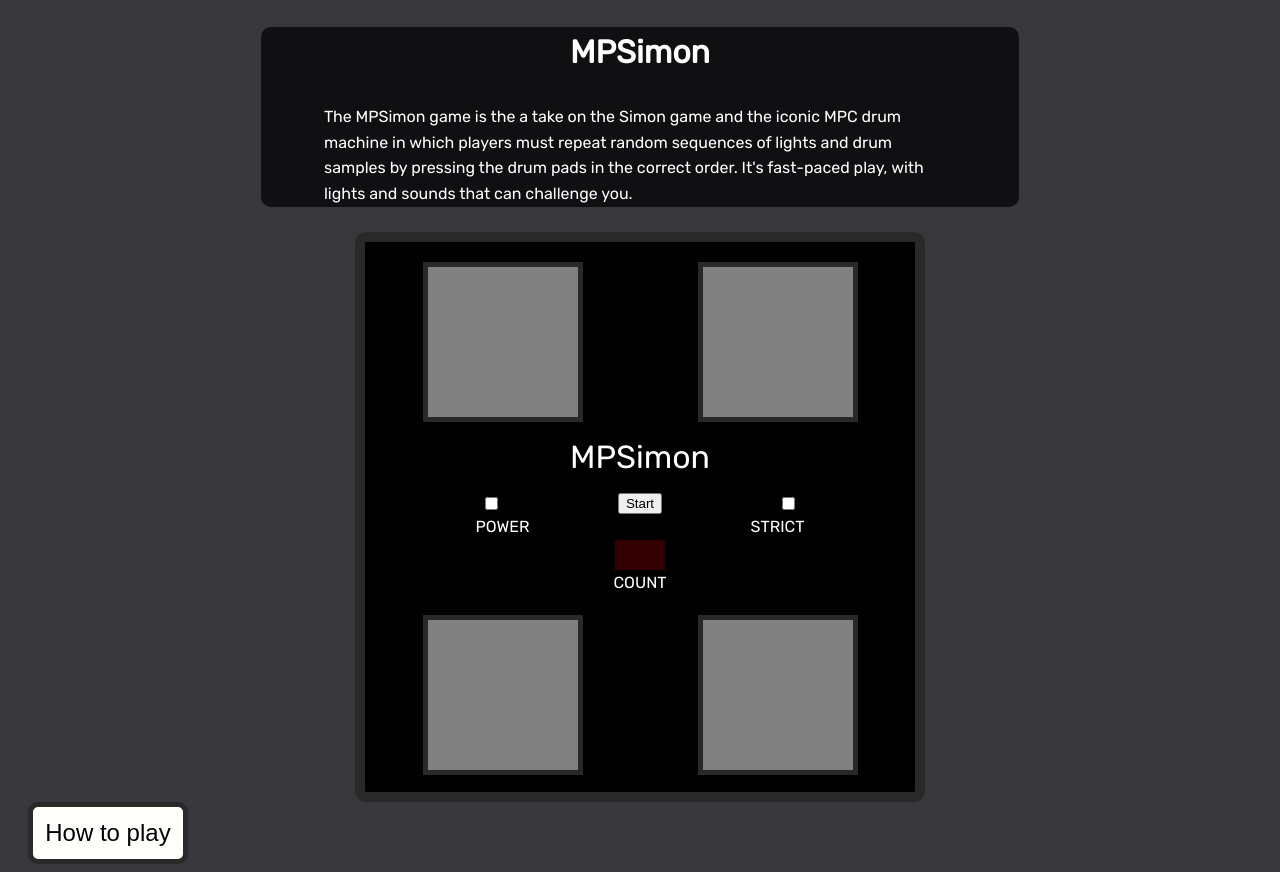
Repository: Neilfoster/MPSimon
Page: index.html
The author's editor kept a record of every edit. The page is drawn from the files as they stood at one moment, then again after the next edit.
The browser window is 1280 px wide. The pictures show the whole page.

Above is the page before.

### index.html
<!DOCTYPE html>

<html>

<head>
    <meta charset="UTF-8">
    <meta http-equiv="X-UA-Compatible" content="IE=edge,chrome=1">
    <meta name="viewport" content="width=device-width,initial-scale=1">
    <link href="https://fonts.googleapis.com/css?family=Rubik&display=swap" rel="stylesheet">
    <title>MPSimon</title>
    <link rel="stylesheet" href="css/style.css">
    <audio id="clip1">
      <source src="audio/hat.mp3"></source>
    </audio>
    <audio id="clip2">
      <source src="audio/kick.mp3"></source>
    </audio>
    <audio id="clip3">
      <source src="audio/snare1.mp3"></source>
    </audio>
    <audio id="clip4">
      <source src="audio/snare2.mp3"></source>
    </audio>
</head>

<body>
    <div class="header">
        <h2 class="head-title">MPSimon</h2>
        <p>The MPSimon game is the a take on the Simon game and the iconic MPC drum machine in which players must repeat random sequences of lights and drum samples by pressing the drum pads in the correct order. It's fast-paced play, with lights and sounds
            that can challenge you.</p>
    </div>
    <div id="outer-box">
        <div id="top-row">
            <div id="top-left"></div>
            <div id="top-right"></div>
        </div>
        <div id="inner-box">
            <div id="title" class="text-effect">MPSimon</div>
            <div id="switches">
                <input type="checkbox" class="toggle" id="on">
                <button type="button" id="start">Start</button>
                <input type="checkbox" class="toggle" id="strict">
            </div>
            <div class="text1">
                <span>POWER</span>
                <span>STRICT</span>
            </div>
            <div id="turn"></div>
            <div class="text2">
                COUNT
            </div>
        </div>
        <div id="bottom-row">
            <div id="bottom-left"></div>
            <div id="bottom-right"></div>
        </div>
    </div>

    <div class="rules">
        <button id="modalBtn" class="button">How to play</button>
        <div id="ruleModal" class="modal">
            <div class="modal-content">
                <div class="modal-header">
                    <span class="closeBtn">&times;</span>
                    <h2>How To Play</h2>
                </div>
                <div class="modal-body">
                    <ul>
                        <li>Turn the game on by selecting the power button and then pressing start.</li>
                        <li>MPSimon will give the first signal.</li>
                        <li>Repeat the signal by pressing the same pad.</li>
                        <li>MPSIMON will duplicate the first sound and will add one.</li>
                        <li>Repeat these two sounds by pressing the same pads.</li>
                        <li>MPSIMON will duplicate these first two sounds and add one.</li>
                        <li>Continue in this manner as long as you can repeat each sequence of sound correctly.</li>
                        <li>If you cannot repeat the sequence correctly , MPSIMON will repeat the sequence again until you can.</li>
                        <li>Selecting STRICT mode resets the pattern to the beginning if you get the sequence wrong.</li>
                        <li>To win the game repeat the sequence until it reaches 20 consecutive sounds.</li>
                    </ul>
                </div>
            </div>
        </div>
    </div>
    <script src="js/index.js"></script>
</body>

</html>

### css/style.css
body {
  color:white;
  font-family: 'Rubik', sans-serif;
  line-height: 1.6;
  /*background-image: url("../images/image-2.jpg");*/
  background-color:#37373c;
  background-position: center;
  background-repeat: no-repeat;
  background-size: cover;
}
.header{
  margin:2% 20%;
  padding: 0 5% ;
  border-radius: 10px;
  background: rgba(0,0,0,0.7);
}
.head-title{
  text-align:center;
  font-size:2rem;
  font-family: 'Rubik', sans-serif;
}
#outer-box {
  border: 10px solid #292929 ;
  border-radius: 2%;
  height:550px;
  width:550px;
  margin: auto;
  background-color: black
}
#top-row{
  display: flex;
  flex-direction: row;
  justify-content: space-around;
  margin-top:20px;
}
#bottom-row{
  display: flex;
  flex-direction: row;
  justify-content: space-around;
  margin-top:20px;
}
#inner-box{
  display: flex;
  flex-direction: column;
  justify-content: center;
}
#switches{
  display: flex;
  flex-direction: row;
  justify-content: center;
  }
#top-left {
  border:5px solid #292929;
  height:150px;
  width: 150px;
  background-color: grey;
}
#top-right {
  border: 5px solid #292929;
  height:150px;
  width: 150px;
  background-color: grey;
}
#bottom-left {
  border:5px solid #292929;
  height:150px;
  width: 150px;
  background-color: grey;
}
#bottom-right {
  border: 5px solid #292929;
  height:150px;
  width: 150px;
  background-color: grey;
}
#title {
  display: flex;
  flex-direction: row;
  justify-content: center;
  font-size: 2rem;
  padding: 10px 5px;
}
#turn {
  background: #330000;
  color: red;
  font-family: courier;
  font-size: 20px;
  height: 30px;
  width: 50px;
  text-align: center;
  vertical-align: middle;
  line-height: 30px;
  margin: auto;
}
.toggle {
  margin: auto;
}
.text1 {
  margin: 0;
  display: flex;
  flex-direction: row;
  justify-content: space-around;
  align-items: baseline;
}
.text2 {
  margin: auto;
}
.rules {
  padding: 0px 20px;
}

/*Button*/
.button {
  background-color:#fffffc;
 /* margin: 5% 40%;*/
  font-size: 1.5rem;
  padding:1%;
  color: #000;
  border-radius:10px;
  display: block;
  text-align: center;
  border:5px solid #292929;
  }
.button:hover{
  background:#333;
}

/*modal*/
.modal{
  display: none;
  position: fixed;
  z-index: 1;
  left:0;top:0;
  height: 100%;
  width:100%;
  overflow: auto;
  background-color: rgba(0,0,0,0.7);
}
.modal-content{
  background-color: #f4f4f4;
  margin: 20% auto;
  color:black;
  width:60%;
  box-shadow: 0 5px 8px 0 rgba(0,0,0,0.2),
              0 7px 20px 0 rgba(0,0,0,0.2);
  animation-name: modalopen;
  animation-duration: 1s;
}
.modal-header{
  background:grey;
  padding:15px;
  color:#fff;
  text-align: center;
}
.modal-body{
  padding: 10px 20px;
}
.closeBtn{
  color: #fff;
  float:right;
  font-size:30px;
}
.closeBtn:hover,.closeBtn:focus{
  color:#000;
  text-decoration:none;
  cursor:pointer;
}
.rules {
  font-family: 'Merriweather', serif;
  font-size:1.2rem;
  display: block;
}
@keyframes modalopen{
  from{ opacity: 0}
  to {opacity: 1}
}


@media only screen and (max-width: 768px) {
  #outer-box {
  border: 10px solid #292929 ;
  border-radius: 2%;
  height:800px;
  width:500px;
  margin: auto;
  background-color: black
}
#inner-box{
  padding:20% 0;
}
.header {
  display:none;
}
}

### js/index.js
//variables
let order = [] ;
let playerOrder = [] ;
let flash ;
let turn ;
let good ;
let compTurn ;
let intervalID ;
let strict = false ;
let noise = true ;
let on = false ;
let win ;

const turnCounter = document.getElementById("turn");
const topLeft = document.getElementById("top-left");
const topRight = document.getElementById("top-right");
const bottomLeft = document.getElementById("bottom-left");
const bottomRight = document.getElementById("bottom-right");
const strictButton = document.getElementById("strict");
const onButton = document.getElementById("on");
const startButton = document.getElementById("start")
// Strick mode setting
strictButton.addEventListener('click', (event) => {
  if (strictButton.checked == true) {
    strict = true;
  } else {
    strict = false;
  }
});
// Counter
onButton.addEventListener('click', (event) => {
  if (onButton.checked == true) {
    on = true;
    turnCounter.innerHTML = "-";
  } else {
    on = false;
    turnCounter.innerHTML = "";
    clearColor();
    clearInterval(intervalId);
  }
});
//Start Button
startButton.addEventListener('click', (event) => {
  if (on || win) {
    play();
  }
});
// Gameplay function
function play() {
  win = false;
  order = [];
  playerOrder = [];
  flash = 0;
  intervalId = 0;
  turn = 1;
  turnCounter.innerHTML = 1;
  good = true;
  for (var i = 0; i < 20; i++) {
    order.push(Math.floor(Math.random() * 4) + 1);
  }
  compTurn = true;
  intervalId = setInterval(gameTurn, 800);
}

function gameTurn() {
  on = false;

  if (flash == turn) {
    clearInterval(intervalId);
    compTurn = false;
    clearColor();
    on = true;
  }

  if (compTurn) {
    clearColor();
    setTimeout(() => {
      if (order[flash] == 1) one();
      if (order[flash] == 2) two();
      if (order[flash] == 3) three();
      if (order[flash] == 4) four();
      flash++;
    }, 200);
  }
}
//pads
function one (){
  if (noise) {
    let audio = document.getElementById('clip1');
    audio.play();
  }
  noise = true;
  topLeft.style.backgroundColor = "#63a785";
}

function two (){
  if (noise) {
    let audio = document.getElementById('clip2');
    audio.play();
  }
  noise = true;
  topRight.style.backgroundColor = "#a76b6b";
}

function three (){
  if (noise) {
    let audio = document.getElementById('clip3');
    audio.play();
  }
  noise = true;
  bottomLeft.style.backgroundColor = "#9da76b";
}

function four (){
  if (noise) {
    let audio = document.getElementById('clip4');
    audio.play();
  }
  noise = true;
  bottomRight.style.backgroundColor = "#6c6ba7";
}

 function clearColor() {
   topLeft.style.backgroundColor = "grey";
   topRight.style.backgroundColor = "grey";
   bottomRight.style.backgroundColor = "grey";
   bottomLeft.style.backgroundColor = "grey";
}
function flashColor() {
  topLeft.style.backgroundColor = "#63a785";
  topRight.style.backgroundColor = "#a76b6b";
  bottomRight.style.backgroundColor = "#9da76b";
  bottomLeft.style.backgroundColor = "#6c6ba7";
}

topLeft.addEventListener('click', (event) => {
  if (on) {
    playerOrder.push(1);
    check();
    one();
    if(!win) {
      setTimeout(() => {
        clearColor();
      }, 300);
    }
  }
})

topRight.addEventListener('click', (event) => {
  if (on) {
    playerOrder.push(2);
    check();
    two();
    if(!win) {
      setTimeout(() => {
        clearColor();
      }, 300);
    }
  }
})

bottomLeft.addEventListener('click', (event) => {
  if (on) {
    playerOrder.push(3);
    check();
    three();
    if(!win) {
      setTimeout(() => {
        clearColor();
      }, 300);
    }
  }
})

bottomRight.addEventListener('click', (event) => {
  if (on) {
    playerOrder.push(4);
    check();
    four();
    if(!win) {
      setTimeout(() => {
        clearColor();
      }, 300);
    }
  }
})

function check() {
  if (playerOrder[playerOrder.length - 1] !== order[playerOrder.length - 1])
    good = false;

  if (playerOrder.length ==20 && good) {
    winGame();
  }

  if (good == false) {
    flashColor();
    turnCounter.innerHTML = "NO!";
    setTimeout(() => {
      turnCounter.innerHTML = turn;
      clearColor();

      if (strict) {
        play();
      } else {
        compTurn = true;
        flash = 0;
        playerOrder = [];
        good = true;
        intervalId = setInterval(gameTurn, 800);
      }
    }, 800);

    noise = false;
  }

  if (turn == playerOrder.length && good && !win) {
    turn++;
    playerOrder = [];
    compTurn = true;
    flash = 0;
    turnCounter.innerHTML = turn;
    intervalId = setInterval(gameTurn, 800);
  }

}

function winGame() {
  flashColor();
  turnCounter.innerHTML = "WIN!";
  on = false;
  win = true;
}

////Modal

// Get Modal Element
let modal = document.getElementById("ruleModal");
// Get open modal button
let modalBtn = document.getElementById("modalBtn");
// get close button
let closeBtn = document.getElementsByClassName("closeBtn")[0];

//Listen for  open click
modalBtn.addEventListener('click',openModal);
//Listen for close click
closeBtn.addEventListener('click',closeModal);
//Listen for outside click
window.addEventListener('click', clickOutside)
// Function to open modal
function openModal(){
  modal.style.display = 'block' ;
}
// Function to close modal
function closeModal(){
  modal.style.display = 'none' ;
}
// Function to close modal if outside click
function clickOutside(e){
  if(e.target == modal){
  modal.style.display = 'none' ;
  }
}

After the next edit:
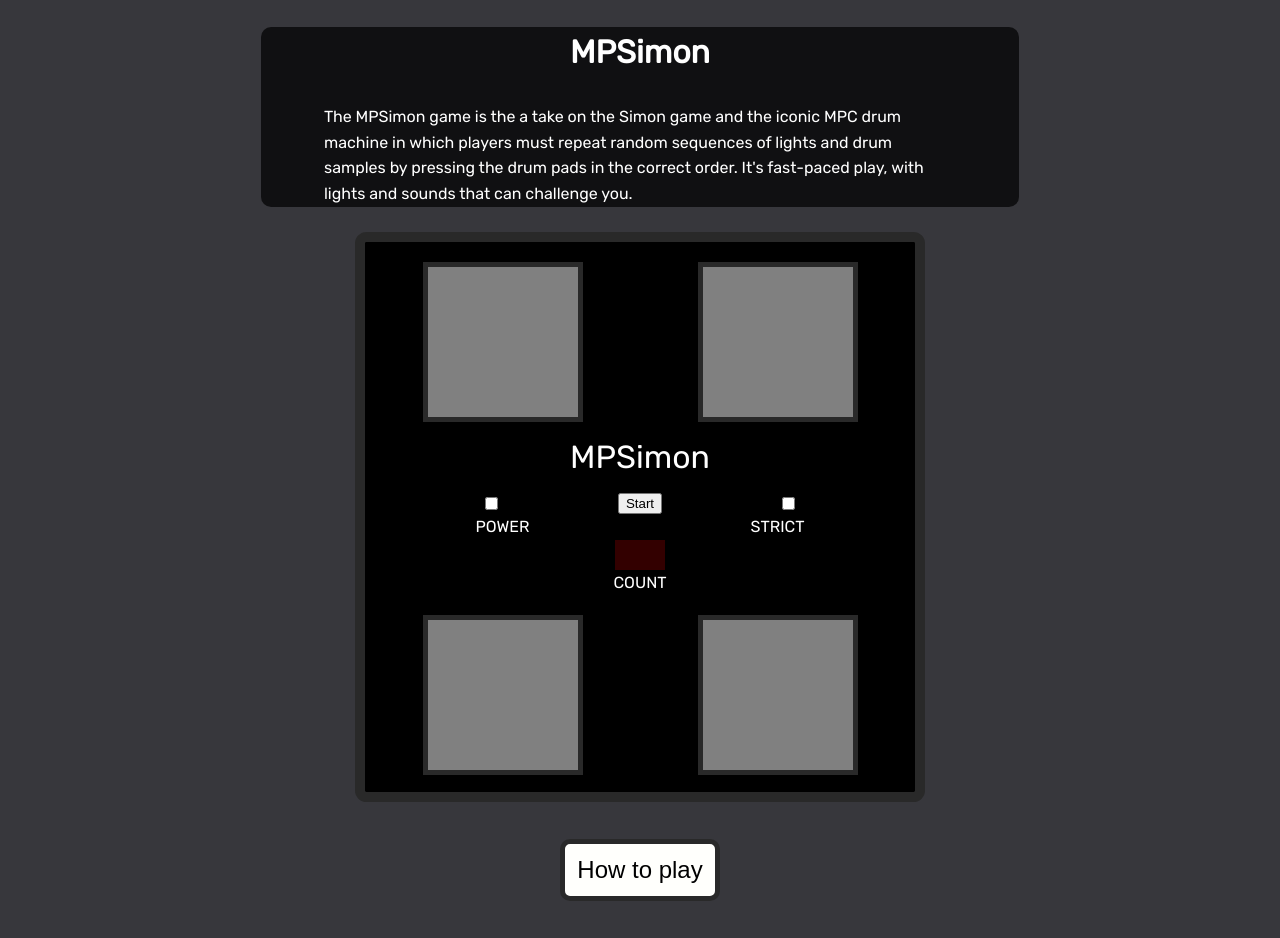
The edit:
--- a/css/style.css
+++ b/css/style.css
@@ -112,7 +112,7 @@
 /*Button*/
 .button {
   background-color:#fffffc;
- /* margin: 5% 40%;*/
+ margin: 3% auto;
   font-size: 1.5rem;
   padding:1%;
   color: #000;
